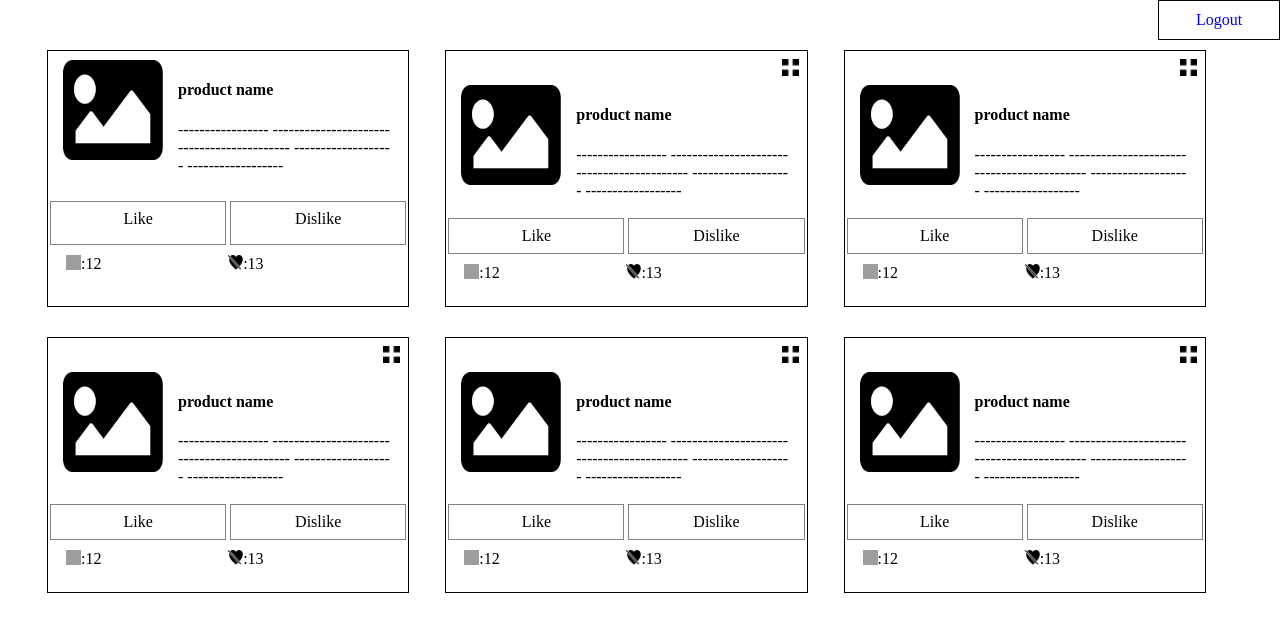
Repository: 736f666961/sbahia
Page: http://localhost/sbahia/products.jsp
An editor plug-in stored every save of this project. The page is shown before and after the next save, followed by the edit.
The browser window is 1280 px wide. The pictures show the whole page.
Pictures or frames that could not be fetched are drawn as grey boxes. The page is served by Tomcat 9. Other server files are loaded and not shown.

Above is the page before, as saved 2021-02-09 03:07:26.

### sbahia/src/main/webapp/products.jsp
<%@ page language="java" contentType="text/html; charset=ISO-8859-1"
    pageEncoding="ISO-8859-1"%>
<!DOCTYPE html>
<html>
	<head>
		<meta charset="ISO-8859-1">
		<title>Products</title>
		<link rel="stylesheet" href="./css/style.css" />
	</head>
	<body>
		<a href="/sbahia/logout" class="logout">Logout</a>
		<div class="container">
			<div class="card">
				<%
					if (session != null && session.getAttribute("admin") != null) {
				%>
					<div class="header">
						<img alt="menu icons" onclick="showDialog()" class="menu-icon" width="17px" height="17px" src="./icons/menu.png">
						<div class="dialog">
							<a href="#">Edit</a>
							<a href="#">Delete</a>
						</div>
					</div>
				<% } %>

				<div class="card-body">
					<div class="product-image">
						<img alt="product image" width="100px" height="100px" src="./icons/product_image.png">
					</div>

					<div class="product-info">
						<h4>product name</h4>
						<p>-----------------
						----------------------
						---------------------
						-------------------
						------------------</p>
					</div>
				</div>

				<div class="card-buttons">
					<a href="#" class="like">Like</a>
					<a href="#"  class="dislike">Dislike</a>
				</div>

				<div class="card-footer">
					<div class="like">
						<img alt="like icon" width="15px" height="15px" src="./icons/like.png">
						<p style="margin-top: 0px">:12</p>
					</div>

					<div class="dislike">
						<img alt="dislike icon" width="15px" height="15px" src="./icons/dislike.png">
						<p style="margin-top: 0px">:13</p>
					</div>
				</div>
			</div>

			<div class="card">
				<div class="header">
					<img alt="menu icons" class="menu-icon" width="17px" height="17px" src="./icons/menu.png">
				</div>
				<div class="card-body">
					<div class="product-image">
						<img alt="product image" width="100px" height="100px" src="./icons/product_image.png">
					</div>

					<div class="product-info">
						<h4>product name</h4>
						<p>-----------------
						----------------------
						---------------------
						-------------------
						------------------</p>
					</div>
				</div>

				<div class="card-buttons">
					<a href="#" class="like">Like</a>
					<a href="#"  class="dislike">Dislike</a>
				</div>

				<div class="card-footer">
					<div class="like">
						<img alt="like icon" width="15px" height="15px" src="./icons/like.png">
						<p style="margin-top: 0px">:12</p>
					</div>

					<div class="dislike">
						<img alt="dislike icon" width="15px" height="15px" src="./icons/dislike.png">
						<p style="margin-top: 0px">:13</p>
					</div>
				</div>

			</div>

			<div class="card">
				<div class="header">
					<img alt="menu icons" class="menu-icon" width="17px" height="17px" src="./icons/menu.png">
				</div>
				<div class="card-body">
					<div class="product-image">
						<img alt="product image" width="100px" height="100px" src="./icons/product_image.png">
					</div>

					<div class="product-info">
						<h4>product name</h4>
						<p>-----------------
						----------------------
						---------------------
						-------------------
						------------------</p>
					</div>
				</div>

				<div class="card-buttons">
					<a href="#" class="like">Like</a>
					<a href="#"  class="dislike">Dislike</a>
				</div>

				<div class="card-footer">
					<div class="like">
						<img alt="like icon" width="15px" height="15px" src="./icons/like.png">
						<p style="margin-top: 0px">:12</p>
					</div>

					<div class="dislike">
						<img alt="dislike icon" width="15px" height="15px" src="./icons/dislike.png">
						<p style="margin-top: 0px">:13</p>
					</div>
				</div>
			</div>

			<div class="card">
				<div class="header">
					<img alt="menu icons" class="menu-icon" width="17px" height="17px" src="./icons/menu.png">
				</div>
				<div class="card-body">
					<div class="product-image">
						<img alt="product image" width="100px" height="100px" src="./icons/product_image.png">
					</div>

					<div class="product-info">
						<h4>product name</h4>
						<p>-----------------
						----------------------
						---------------------
						-------------------
						------------------</p>
					</div>
				</div>

				<div class="card-buttons">
					<a href="#" class="like">Like</a>
					<a href="#"  class="dislike">Dislike</a>
				</div>

				<div class="card-footer">
					<div class="like">
						<img alt="like icon" width="15px" height="15px" src="./icons/like.png">
						<p style="margin-top: 0px">:12</p>
					</div>

					<div class="dislike">
						<img alt="dislike icon" width="15px" height="15px" src="./icons/dislike.png">
						<p style="margin-top: 0px">:13</p>
					</div>
				</div>
			</div>

			<div class="card">
				<div class="header">
					<img alt="menu icons" class="menu-icon" width="17px" height="17px" src="./icons/menu.png">
				</div>
				<div class="card-body">
					<div class="product-image">
						<img alt="product image" width="100px" height="100px" src="./icons/product_image.png">
					</div>

					<div class="product-info">
						<h4>product name</h4>
						<p>-----------------
						----------------------
						---------------------
						-------------------
						------------------</p>
					</div>
				</div>

				<div class="card-buttons">
					<a href="#" class="like">Like</a>
					<a href="#"  class="dislike">Dislike</a>
				</div>

				<div class="card-footer">
					<div class="like">
						<img alt="like icon" width="15px" height="15px" src="./icons/like.png">
						<p style="margin-top: 0px">:12</p>
					</div>

					<div class="dislike">
						<img alt="dislike icon" width="15px" height="15px" src="./icons/dislike.png">
						<p style="margin-top: 0px">:13</p>
					</div>
				</div>
			</div>

			<div class="card">
				<div class="header">
					<img alt="menu icons" class="menu-icon" width="17px" height="17px" src="./icons/menu.png">
				</div>
				<div class="card-body">
					<div class="product-image">
						<img alt="product image" width="100px" height="100px" src="./icons/product_image.png">
					</div>

					<div class="product-info">
						<h4>product name</h4>
						<p>-----------------
						----------------------
						---------------------
						-------------------
						------------------</p>
					</div>
				</div>

				<div class="card-buttons">
					<a href="#" class="like">Like</a>
					<a href="#"  class="dislike">Dislike</a>
				</div>

				<div class="card-footer">
					<div class="like">
						<img alt="like icon" width="15px" height="15px" src="./icons/like.png">
						<p style="margin-top: 0px">:12</p>
					</div>

					<div class="dislike">
						<img alt="dislike icon" width="15px" height="15px" src="./icons/dislike.png">
						<p style="margin-top: 0px">:13</p>
					</div>
				</div>
			</div>
		</div>

		<script type="text/javascript">
			function showDialog() {
				var dialog = document.querySelector('.dialog');

				if (dialog.style.display === "block") {
					dialog.style.display = "none";
				}else {
					dialog.style.display = "block";
				}
			}
		</script>
	</body>
</html>

### sbahia/src/main/webapp/css/style.css
.login-container {
    display: flex;
    justify-content: center;
    align-items: center;
}

.login-container  .login {
	width: 60%;
}

.container {
	width: 95%;
	display:flex;
	justify-content: center;
	flex-wrap: wrap;
	margin-top: 20px;
}

.container .card {
	border: 1px solid black;
	width: 30%;
	/*height: 400px;*/
    margin-left: 3%;
    margin-top: 30px;
	display: flex;
	flex-wrap: wrap;
}

.container .card .header {
	position: relative;
	width: 100%;
}

.container .card .header .menu-icon {
	cursor: pointer;
	float: right;
    margin-right: 8px;
    margin-top: 8px;
}

.container .card .header .dialog {
    width: 100px;
    flex-direction: column;
    position: absolute;
    right: 0;
    background: black;
    top: 29px;
    border: 1px solid black;
    display: none;
    padding: 4px;
}

.container .card .header .dialog  a {
    text-decoration: none;
    padding: 0px;
    color: white;
    width: 100%;
    display: block;
}

.container .card .header .dialog  a:hover {
    text-decoration: none;
    padding: 0px;
    background-color: white;
    color: black;
}

.container .card-body {
	display: flex;
	margin-top: 9px;
}

.container .product-image {
	margin-left: 15px;
}

.container .card-body .product-info {
	margin-left: 15px;
	margin-right: 15px;
}

.container .card-buttons {
	width: 100%;
	display: flex;
	justify-content: center;
}

.container .card-buttons .like, .card-buttons .dislike {
	width: 45%;
	margin: 2px;
	padding: 8px;
	border: 1px solid gray;
	text-align: center;
	text-decoration: none;
	cursor: pointer;
	color: black;
}

.container .card-footer {
	width: 100%;
	display: flex;
	justify-content: center;
}

.container .card-footer .like, .card-footer .dislike {
	width: 45%;
	margin-top: 8px;
	margin-bottom: 8px;
	display: flex;
}

.login-error {
	text-align: center;
	padding: 16px;
	background-color: palevioletred;
	color: white;
	width: 50%;
	display: flex;
	justify-content: center;
	margin: 0 auto;
}

.logout {
	position: absolute;
	border: 1px solid black;
	right: 0;
	top: 0;
	width: 100px;
	text-align: center;
    padding: 10px;
    text-decoration: none;

}

/*login and signup buttons*/
.login-signup-buttons {
    position: absolute;
    bottom: 3px;
    display: flex;
    width: 99%;
    margin: 0px;
    padding: 0px;
    justify-content: space-around;
}

.login-signup-buttons .login, .login-signup-buttons .signup {
	width: 46%;
    padding: 10px;
   	display: flex;
    justify-content: center;
    text-decoration: none;
    border: 1px solid gray;
    color: black;

}

After the next save:
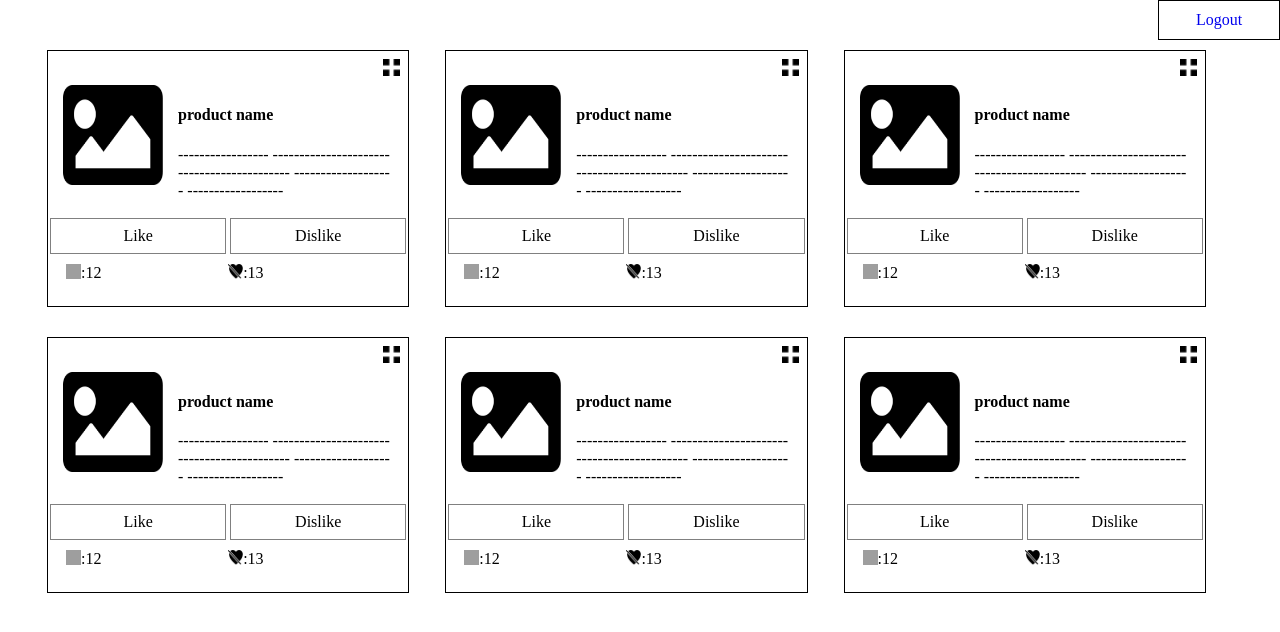
Saved 3 min 33 s later.
--- a/sbahia/src/main/webapp/products.jsp
+++ b/sbahia/src/main/webapp/products.jsp
@@ -11,17 +11,13 @@
 		<a href="/sbahia/logout" class="logout">Logout</a>
 		<div class="container">
 			<div class="card">
-				<%
-					if (session != null && session.getAttribute("admin") != null) {
-				%>
-					<div class="header">
-						<img alt="menu icons" onclick="showDialog()" class="menu-icon" width="17px" height="17px" src="./icons/menu.png">
-						<div class="dialog">
-							<a href="#">Edit</a>
-							<a href="#">Delete</a>
-						</div>
-					</div>
-				<% } %>
+				<div class="header">
+					<img alt="menu icons" onclick="showDialog()" class="menu-icon" width="17px" height="17px" src="./icons/menu.png">
+					<div class="dialog">
+						<a href="#">Edit</a>
+						<a href="#">Delete</a>
+					</div>
+				</div>
 
 				<div class="card-body">
 					<div class="product-image">
